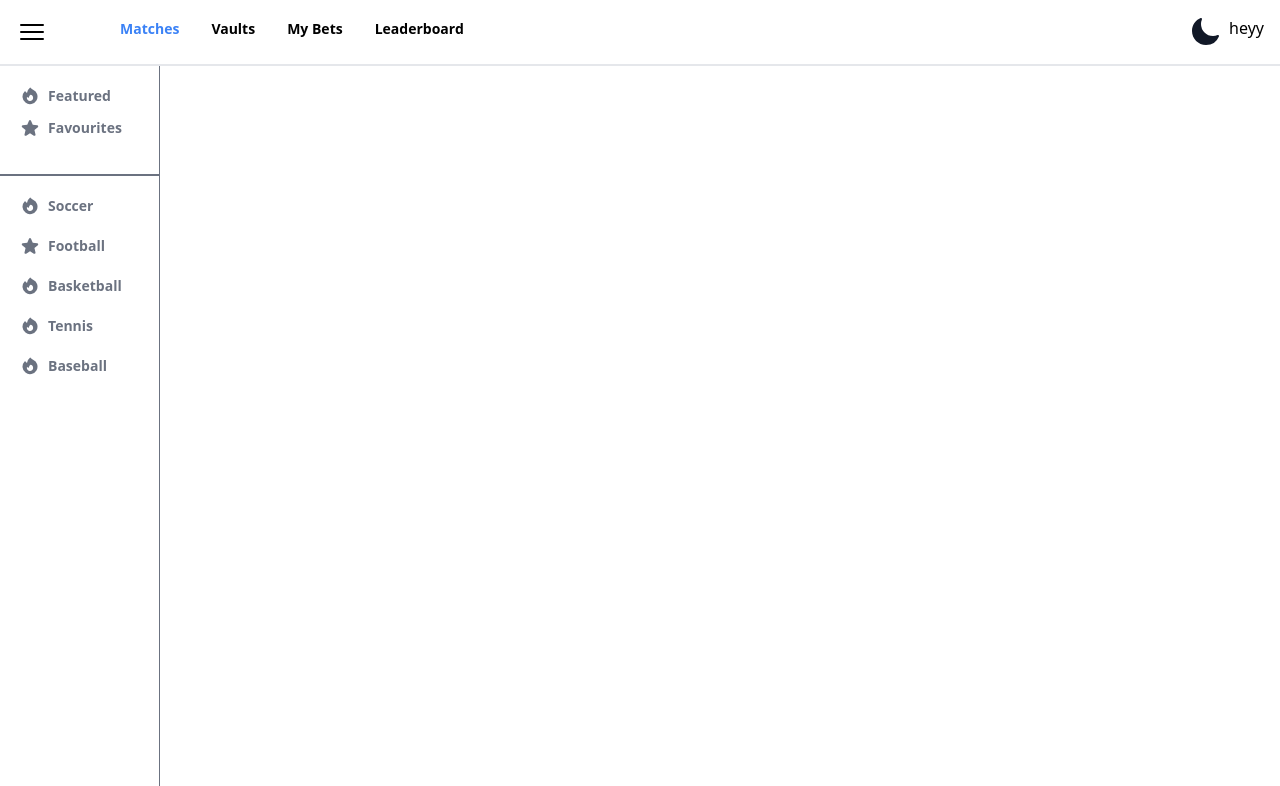
Repository: thekingisherenow/Betterbook
Page: /
The author's editor kept a copy of each file at every save. The page is drawn from the files as they stood at one save, then again after the next save.
The browser window is 1280 px wide. The pictures show the whole page.
The project was rebuilt for these pictures with package versions that can differ from the ones it lists, and the page was loaded fresh each time. The framework's server and built-in components were replaced by stand-ins that run in the browser. Also part of the build but not shown: next.config.js.

Above is the page before, as saved 2023-01-17 00:41:37.

### src/pages/_app.tsx
import type { AppProps } from 'next/app'
import { Provider } from 'react-redux'
import store from '../core/store'
import '../core/styles/root.css'
import { ThemeProvider } from 'next-themes'

const App = (props: AppProps) => {
  const { Component, pageProps } = props
  return (
    <ThemeProvider enableSystem={true}  attribute="class">
    <Provider store={store}>
      <Component {...pageProps} />
    </Provider>
    </ThemeProvider>
  )
}

export default App

### src/pages/index.tsx
import type { NextPage } from 'next'
import { useEffect, useState } from 'react'
import API from '../core/services'
import { Game } from '../types/game'
import Sidebar from '../components/Typography/Sidebar'
import Header from '../components/Typography/Header'

const IndexPage: NextPage = () => {
  const [games, setGames] = useState<Game[]>([])

  useEffect(() => {
    API.games.fetchGames().then(setGames)
  }, [])

  return <div>
        <main className=''>

          {/* Header  */}
          <Header />
            {/* Sidebar */}
            <Sidebar/>
            {/* Center  */}

        </main>
  </div>
}

export default IndexPage

### src/core/store/index.ts
import { configureStore } from '@reduxjs/toolkit'
import { counterReducer } from './slices/counterSlice'

const store = configureStore({
  reducer: {
    counter: counterReducer,
  },
})

export default store

### src/core/services/index.ts
import * as gamesServices from './games'

const API = {
  games: gamesServices,
}

export default API

### src/components/Typography/Sidebar.tsx
import React from 'react'
import { FireIcon, StarIcon } from '@heroicons/react/24/solid'

function Sidebar() {
    return (
        <div className='text-gray-500 text-sm border-r h-screen w-40 border-gray-500'>
            <div>
                <div className='flex flex-col  p-5 space-y-3 font-semibold mb-4'>
                    <button className='flex items-center space-x-2 hover:text-blue-600'>
                        <FireIcon className='w-5 h-5' />
                        <p>Featured</p>
                    </button>
                    <button className='flex items-center space-x-2 hover:text-blue-600'>
                        <StarIcon className='w-5 h-5' />
                        <p>Favourites</p>
                    </button>
                </div>
                    <hr className='border-t-2 border-gray-500' />

                <div className='flex flex-col space-y-5  p-5 font-semibold mb-4'>
                    <button className='flex items-center space-x-2 hover:text-blue-600'>
                        <FireIcon className='w-5 h-5' />
                        <p>Soccer</p>
                    </button>
                    <button className='flex items-center space-x-2 hover:text-blue-600'>
                        <StarIcon className='w-5 h-5' />
                        <p>Football</p>
                    </button>
                    <button className='flex items-center space-x-2 hover:text-blue-600'>
                        <FireIcon className='w-5 h-5' />
                        <p>Basketball</p>
                    </button>
                    <button className='flex items-center space-x-2 hover:text-blue-600'>
                        <FireIcon className='w-5 h-5' />
                        <p>Tennis</p>
                    </button>
                    <button className='flex items-center space-x-2 hover:text-blue-600'>
                        <FireIcon className='w-5 h-5' />
                        <p>Baseball</p>
                    </button>
                </div>
            </div>
        </div>
    )
}

export default Sidebar

### src/components/Typography/Header.tsx
import { Bars3Icon } from '@heroicons/react/24/solid'
import React from 'react'
import NavLinks from './NavLinks'
import DarkModeButton from './DarkModeButton'

function Header() {
  return (
    <header >
      <div className='p-4 flex text-center   border-b-2 '>

        <Bars3Icon className='h-8 w-8  cursor-pointer'/>
        <div className='ml-10'>

          {/* Nav Links */}
          <div className='ml-4 items-center'>

        <NavLinks  />
          </div>

        </div>
        <div className='flex space-x-2 justify-end ml-auto '>
          <DarkModeButton />
            <div>
              heyy
              </div>
        </div>
      </div>
    </header>
  )
}

export default Header

### src/core/store/slices/counterSlice.ts
import { createSlice } from '@reduxjs/toolkit'

export const counterSlice = createSlice({
  name: 'counter',
  initialState: {
    count: 0,
  },
  reducers: {
    setCount(state, { payload }) {
      state.count = payload
    },
  },
})

export const counterReducer = counterSlice.reducer

### src/core/services/games.ts
import { Game } from '../../types/game'

export const fetchGames = (): Promise<Game[]> => {
  return Promise.resolve([
    {
      id: '1',
      name: 'Spain vs Argentina',
    },
  ])
}

### src/components/Typography/NavLinks.tsx
import React, { useEffect } from 'react'
import { categories } from './constants'
import NavLink from './NavLink'
import { useRouter } from 'next/router'

function NavLinks() {
  const router = useRouter();

  //const isActive is true if the pathname in the url matches the  navlink's path.
  const isActive = (path:string)=>{
    return router.pathname===path
  }

  return (
    <nav>
      {categories.map((category)=>(
        <NavLink key={category.label} category={category.label} path={category.path} isActive={isActive(category.path)} />
      ))}
    </nav>
  )
}

export default NavLinks

### src/components/Typography/DarkModeButton.tsx
import React, { useEffect, useState } from 'react'
import { useTheme } from 'next-themes'
import { MoonIcon, SunIcon } from '@heroicons/react/24/solid'

function DarkModeButton() {
    const [mounted, setMounted] = useState(false)
    const {systemTheme,theme,setTheme} = useTheme()
    useEffect(() => {
        setMounted(true)
      }, [])

      if (!mounted) {
        return null
      }

    const currentTheme = theme==="system"? systemTheme : theme;

  return (
    <div>
    {currentTheme==='dark'?
        <SunIcon
        onClick={()=>setTheme("light")}
        className='h-8 w-8 cursor-pointer text-yellow-500'
         />
        :
        <MoonIcon
        onClick={()=>setTheme("dark")}
        className='h-8 w-8 cursor-pointer text-gray-900'
        />

}
    </div>
  )
}

export default DarkModeButton

### src/components/Typography/constants.ts
import { Category } from "../../types/category"

export const categories : Category[] =[
    {label:"Matches",path:"/"},
    {label:"Vaults",path:"/vaults"},
    {label:"My Bets",path:"/mybets"},
    {label:"Leaderboard",path:"/leaderboard"},
]

### src/components/Typography/NavLink.tsx
import Link from 'next/link';
import React from 'react'


type Props = {
    category: string;
    path:string;
    isActive: boolean;

}

function NavLink({category,path,isActive}:Props) {
  return (
    <Link href={`${path}`}
        className={`cursor-pointer p-4 text-sm  font-semibold
         ${isActive && 'text-blue-500 hover:text-blue-600 font-bold '}`}
    >
      {category}
    </Link>
  )
}

export default NavLink

### tailwind.config.js
/** @type {import('tailwindcss').Config} */
module.exports = {
  content: [
    './src/pages/**/*.{js,ts,jsx,tsx}',
    './src/components/**/*.{js,ts,jsx,tsx}',
    './src/modules/**/*.{js,ts,jsx,tsx}',
  ],
  darkMode: 'class',
  theme: {
    extend: {},
  },
  plugins: [],
}

Loaded but not shown: src/core/styles/root.css (common file)

After the next save:
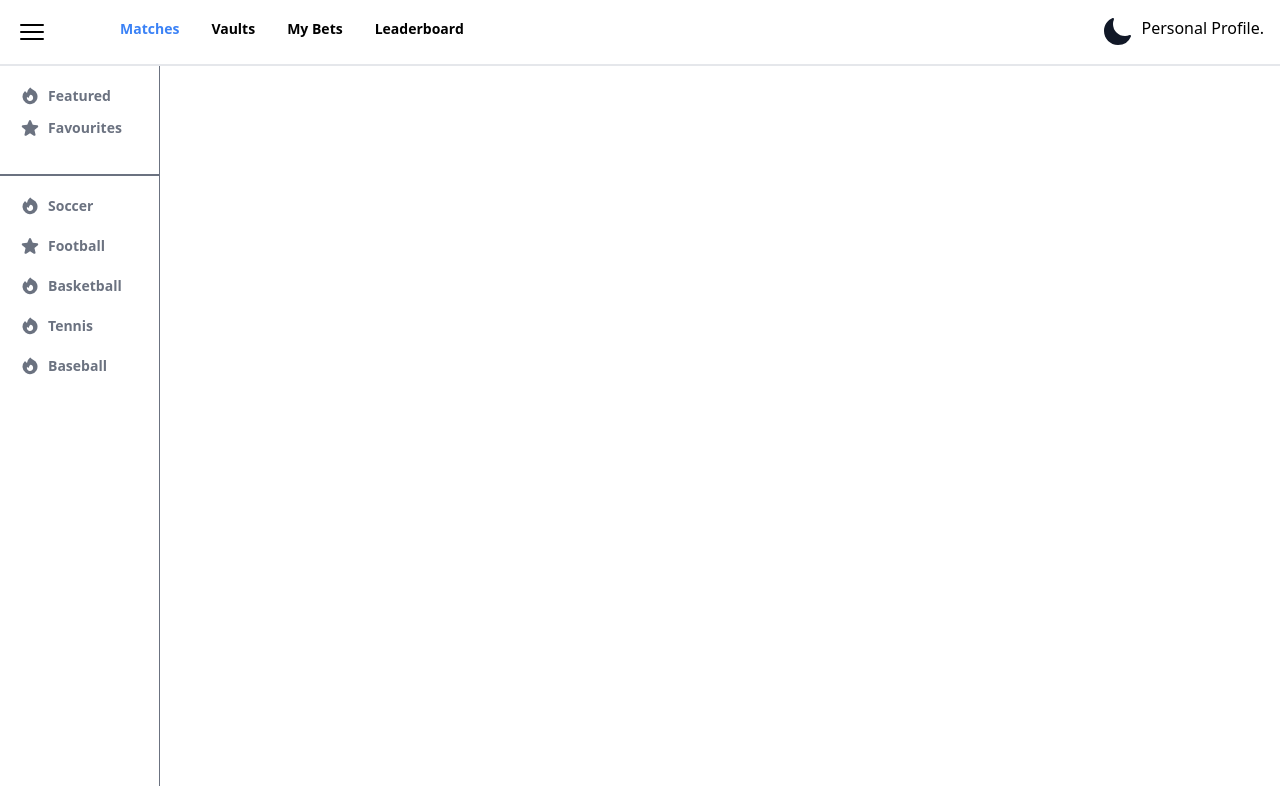
Saved 37 s later.
--- a/src/components/Typography/Header.tsx
+++ b/src/components/Typography/Header.tsx
@@ -21,7 +21,7 @@ function Header() {
         <div className='flex space-x-2 justify-end ml-auto '>
           <DarkModeButton />
             <div>
-              heyy
+             Personal Profile.
               </div>
         </div>
       </div>
